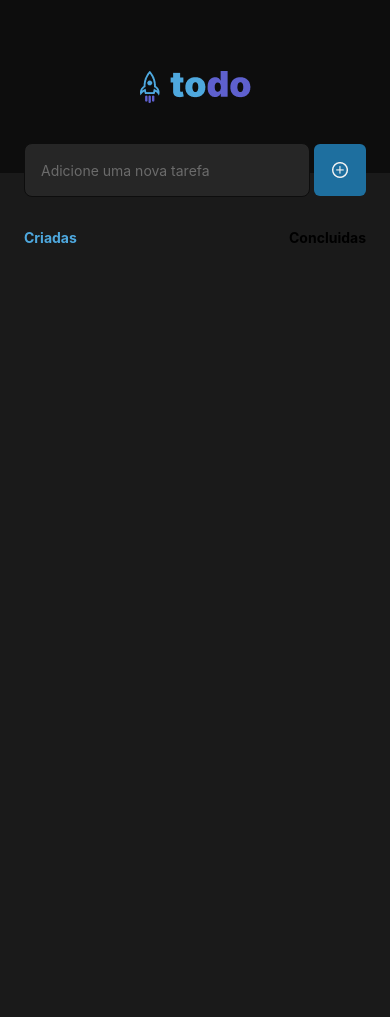
Repository: caueenrico/toDoList_ReactNative
Screen: /
These files come from the project's save history. The screen is drawn as it stood at one moment and after the next save; the edit follows.
The app was drawn by React Native's web renderer in a window 390 px wide. The project was rebuilt for these pictures with package versions that can differ from the ones it lists, and the page was loaded fresh each time.

Above is the screen before, as saved 2022-11-14 17:08:55.

### App.tsx
import { StatusBar } from 'react-native';
import { Home } from './src/screens/home/Home';

export default function App() {
  return (
    <>
      <StatusBar
        barStyle='light-content'
        backgroundColor="transparent"
        translucent
      />

     <Home/>
    </>
  );
}

### src/screens/home/Home.tsx
import { Image, Text, TextInput, TouchableOpacity, View } from "react-native";
import { InputTaks } from "../../components/InputTasks";
import { TasksQuantity } from "../../components/TasksQuantity";

import { styles } from "./styles";

export function Home() {
  return (
    <>
      <View style={styles.header}>
        <Image source={require("../../assets/logoToDo.png")} />
      </View>

      <View style={styles.tasksContainer}>
        <InputTaks />

        <View style={styles.tasksQuantityContainer}>
          <TasksQuantity />
        </View>

      </View>
    </>
  );
}

### src/components/InputTasks/index.tsx
import { Image, TextInput, TouchableOpacity, View } from "react-native";
import { styles } from "./styles";

export function InputTaks(){
  return(
    <>
      <View style={styles.container}>
          <TextInput
            style={styles.input}
            placeholder="Adicione uma nova tarefa"
            placeholderTextColor={"#6b6b6b"}
          />

          <TouchableOpacity style={styles.button}>
            <Image source={require("../../assets/plus.png")} />
          </TouchableOpacity>
       </ View>
    </>
  )
}

### src/components/TasksQuantity/index.tsx
import { Text } from "react-native";
import { styles } from "./styles";

export function TasksQuantity(){
  return(
    <>
      <Text style={styles.create}>Criadas</Text>
      <Text style={styles.conclued}>Concluidas</Text>

    </>
  )
}

### src/screens/home/styles.ts
import { StyleSheet } from "react-native";

export const styles = StyleSheet.create({
  header: {
    width: "100%",
    height: 173,
    backgroundColor: '#0D0D0D',
    alignItems: 'center',
    justifyContent: 'center',
  },
  tasksContainer:{
    backgroundColor: "#1a1a1a",
    height: '100%'
  },
  tasksQuantityContainer:{
    marginHorizontal:24,
    marginTop: 32,
    flexDirection: 'row',
    justifyContent: 'space-between',
    borderEndColor: '#333333',
    paddingBottom: 20,
  }

})

### src/components/InputTasks/styles.ts
import { StyleSheet } from "react-native";

export const styles = StyleSheet.create({
  container: {
    marginTop: -30,
    flexDirection: "row",
    marginHorizontal:24,
    alignItems: 'center',

  },
  input: {
    flex: 1,
    backgroundColor: '#262626',
    height: 54,
    borderRadius: 8,
    borderColor:'#0D0D0D',
    borderWidth: 1,
    padding: 16,
    color: '#fff'

  },
  button:{
    width: 52,
    height: 52,
    backgroundColor: '#1E6F9F',
    borderRadius: 6,
    alignItems: "center",
    justifyContent: 'center',
    marginLeft:4,
  },
})

### src/components/TasksQuantity/styles.ts
import { StyleSheet } from "react-native";

export const styles = StyleSheet.create({
  create:{
    fontWeight: '700',
    fontSize: 14,
    color: '#4ea8de'
  },
  conclued:{
    fontWeight: '700',
    fontSize: 14,

  }
})

After the next save:
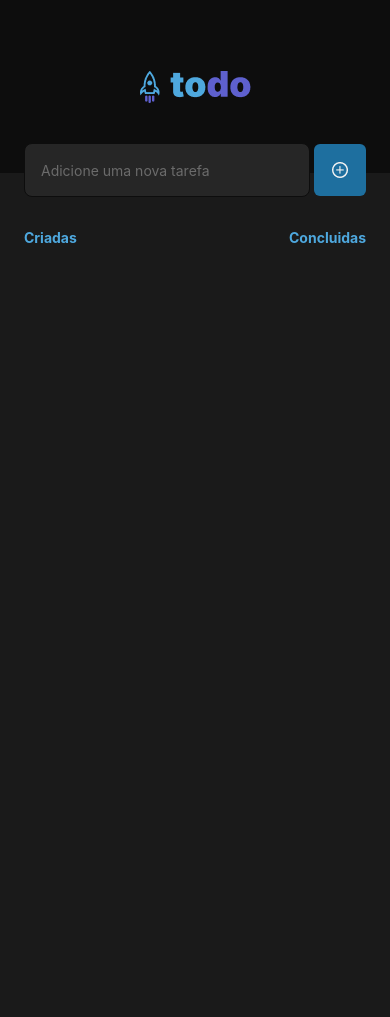
Saved 6 s later.
--- a/src/components/TasksQuantity/styles.ts
+++ b/src/components/TasksQuantity/styles.ts
@@ -9,6 +9,6 @@ export const styles = StyleSheet.create({
   conclued:{
     fontWeight: '700',
     fontSize: 14,
-
+    color: '#4ea8de'
   }
 })
